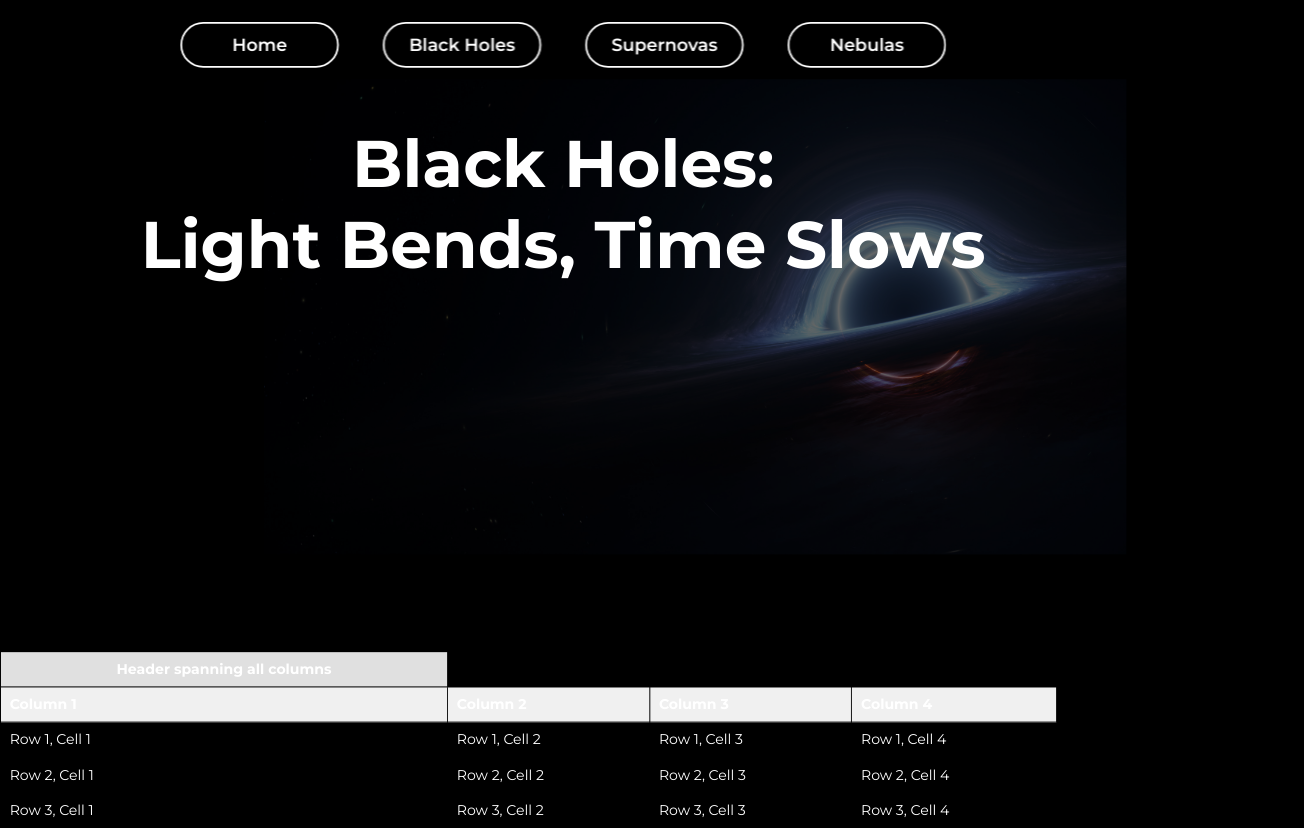
Repository: english-only/Space-Website
Page: black_hole.html
An editor plug-in stored every save of this project. The page is shown before and after a run of saves, followed by the edit.
The browser window is 1280 px wide. The page is 1280 px wide, then 1482 px, so the pictures cover 1482 px, including what lies to the right of the window. The pictures show the whole page, at 88% of full size.
Backgrounds fixed to the window are drawn as part of the page.

Above is the page before, as saved 2024-12-16 09:51:23.

### black_hole.html
<!DOCTYPE html>
<html lang="en">
  <head>
    <meta charset="utf-8" />
    <meta http-equiv="X-UA-Compatible" content="IE=edge" />
    <title>Welcome to Space</title>
    <meta name="viewport" content="width=device-width, initial-scale=1" />
    <link rel="stylesheet" type="text/css" media="screen" href="main.css" />
  </head>
  <body>
    <div class="background-2 fade-in"></div>
    <div class="wrapper fade-in">
      <nav class="navbar fade-in">
        <a href="index.html"
          ><button class="nav-button fade-in">Home</button></a
        >
        <a href="black_hole.html"
          ><button class="nav-button fade-in">Black Holes</button></a
        >
        <a href="supernovas.html"
          ><button class="nav-button fade-in">Supernovas</button></a
        >
        <a href="nebulas.html"
          ><button class="nav-button fade-in">Nebulas</button></a
        >
      </nav>
      <div class="page-2-hero fade-in">
        <h2>Black Holes:<br />Light Bends, Time Slows</h2>
      </div>
    </div>
    <div class="table">
      <div class="row">
        <div class="span-all">Header spanning all columns</div>
      </div>
      <div class="row">
        <div class="cell header">Column 1</div>
        <div class="cell header">Column 2</div>
        <div class="cell header">Column 3</div>
        <div class="cell header">Column 4</div>
      </div>
      <div class="row">
        <div class="cell">Row 1, Cell 1</div>
        <div class="cell">Row 1, Cell 2</div>
        <div class="cell">Row 1, Cell 3</div>
        <div class="cell">Row 1, Cell 4</div>
      </div>
      <div class="row">
        <div class="cell">Row 2, Cell 1</div>
        <div class="cell">Row 2, Cell 2</div>
        <div class="cell">Row 2, Cell 3</div>
        <div class="cell">Row 2, Cell 4</div>
      </div>
      <div class="row">
        <div class="cell">Row 3, Cell 1</div>
        <div class="cell">Row 3, Cell 2</div>
        <div class="cell">Row 3, Cell 3</div>
        <div class="cell">Row 3, Cell 4</div>
      </div>
    </div>
  </body>
</html>

### main.css
@import url('https://fonts.googleapis.com/css2?family=Montserrat:ital,wght@0,100..900;1,100..900&display=swap');
@keyframes fadeIn {
  from {
    opacity: 0;
  }
  to {
    opacity: 1;
  }
}

/* Fade-in class to be used on elements */
.fade-in {
  opacity: 0; /* Start invisible */
  animation: fadeIn 1s ease-in forwards; /* Apply fade-in animation */
}
body,
html {
  /* Ensure the body and html take full height */
  height: 100%;
  margin: 0;
  font-family: 'Montserrat';
  font-weight: 400;
  color: white;
}

body {
  /* Set a fallback background color */
  background-color: black;
}

.background {
  background-attachment: fixed;
  background-image: url('essay-gettyimages-1237093074.webp');
  background-size: cover;
  background-position: center;
  background-repeat: no-repeat;
  position: fixed; /* Keep background fixed while scrolling */
  height: 100vh;
  width: 100%;
  filter: brightness(25%);
  top: 0;
  left: 0;
  z-index: -10;
}

.wrapper {
  display: flex;
  flex-direction: column;
  justify-content: flex-start; /* Align items to the top */
  align-items: center; /* Center items horizontally */
  height: 100vh;
  position: relative;
  padding-top: 20px;
  opacity: 0; /* Start invisible */
  animation: fadeIn 0.5s ease-in forwards; /* Apply fade-in animation */
}

.navbar {
  display: flex;
  gap: 50px;
  margin-top: 5px; /* Adjust as needed for spacing from the top */
}

.nav-button {
  padding: 12px 20px;
  border: 2px solid white;
  background-color: rgba(0, 0, 0, 0.5);
  color: white;
  font-size: 16px;
  cursor: pointer;
  transition: background-color 0.3s, color 0.3s;
  font-family: 'Red Hat Display';
  font-weight: 600;
  font-size: 20px;
  width: 180px;
  border-radius: 800px;
  font-family: Montserrat;
}

.nav-button:hover {
  background-color: white;
  color: black;
}

.hero-text {
  color: white;
  font-size: 50px;
  font-weight: 700;
  text-align: center;
  padding: 0; /* Remove padding to minimize hover area */
  display: inline-block; /* Restrict hover area to text content */
  transition: text-shadow 0.3s ease-in-out, transform 0.3s ease-in-out; /* Smooth transition */
}

.hero-text:hover {
  text-shadow: 3px 4px 3px rgba(255, 255, 255, 0.7); /* White shadow */
  transform: translateY(-10px); /* Raised effect */
}

@keyframes fadeInOut {
  0% {
    opacity: 0.5;
  }
  50% {
    opacity: 1;
  }
  100% {
    opacity: 0.5;
  }
}

.card-wrapper {
  display: flex;
  flex-direction: column; /* Stack cards vertically */
  align-items: center; /* Center cards horizontally */
  margin-top: 50px; /* Adjusts space from the top */
}

.row {
  display: flex;
  gap: 650px; /* Space between the cards */
  justify-content: center; /* Center the row */
  align-items: flex-start; /* Align cards to the top */
}

.black_hole {
  margin-left: -100px; /* Move the Black Holes card to the left */
  width: 500px;
}

.black_hole a {
  margin-left: 110px;
}

.cards {
  font-size: 25px;
  color: white;
  margin-left: 20px; /* Adds space to the left */
  box-sizing: border-box;
  position: relative;
  top: -450px; /* Moves the element upwards */
  margin-left: -20px;
  text-align: center;
}

.cards a {
  color: white;
  text-decoration: none;
  border: white 2px solid;
  display: inline-block;
  text-align: center;
  box-sizing: border-box;
  padding: 6px 20px;
  line-height: normal;
  transition: text-shadow 0.3s ease-in-out, transform 0.3s ease-in-out,
    background-color 0.3s ease-in-out, color 0.3s ease-in-out;
  border-radius: 600px;
}

.cards a:hover {
  text-shadow: 2px 2px 5px rgba(255, 255, 255, 0.7);
  transform: translateY(-5px);
  background-color: rgb(223, 223, 223);
  color: black;
}

.cards a h3 {
  margin: 0;
  padding: 0;
}

.cards p {
  margin-top: 15px;
  width: 600px; /* Adjust width to fit within card */
}

.cards p:hover {
  text-shadow: 2px 2px 5px rgba(255, 255, 255, 0.6);
  transform: translateY(-5px);
  transition: text-shadow 0.3s ease-in-out, transform 0.3s ease-in-out;
}

.nebula-card {
  margin-top: 100px;
}

.nebula-card a {
  justify-content: center;
  align-items: center;
  margin-left: 40px;
}

.nebula-card p {
  text-align: left;
  text-wrap: pretty;
  text-align: left; /* Align text to the left */
  width: 100%; /* Ensure the card takes the full width */
  margin-left: 100px;
  margin-right: 200px;
  max-width: 1750px;
  text-align: center; /* Align text to the center */
}

.videos {
  margin-top: -190px; /* Adjust the space below the Nebula card */
  text-align: center;
  width: 100%; /* Ensure it takes the full width */
  text-decoration: underline;
}

.videos h2 {
  position: relative; /* Ensure the text is positioned in normal flow */
  z-index: 1; /* Make sure it's above other content */
  pointer-events: auto; /* Allow text selection */
  overflow: visible; /* Ensure text is not clipped */
}

.video-links {
  display: grid;
  grid-template-columns: repeat(3, 400px); /* 3 columns, each 400px wide */
  grid-template-rows: repeat(2, 400px); /* 3 rows, each 400px tall */
  gap: 100px; /* Space between grid items */
  justify-content: center; /* Center the grid horizontally within the container */
  align-items: center; /* Center the grid items vertically */
  margin-top: -120px; /* Space above the grid (adjust this to decrease the gap) */
  margin-left: 160px;
}

.button-container {
  display: contents; /* Ensure buttons are placed directly in the grid */
}

.button-container a {
  display: block; /* Ensure buttons occupy full width of their grid cell */
  width: 200px; /* Full width of the grid cell */
  text-align: center;
  color: white;
  font-size: 20px;
  text-decoration: none; /* Remove underline */
  border: 2px solid white;
  padding: 8px 12px;
  border-radius: 600px;
  height: 30px;
  transition: background-color 0.3s, color 0.3s;
  margin-bottom: 10px; /* Decrease the space between the buttons and the text below */
}

.button-container a:hover {
  background-color: white;
  color: black;
  text-decoration: underline;
  font-weight: 500;
}

.images {
  display: contents; /* Ensure images are placed directly in the grid */
}

.black-hole-image,
.supernova-image,
.nebula-image {
  width: 100%; /* Full width of the grid cell */
  border: 2px solid white;
  border-radius: 20px;
  margin-top: -630px; /* Decrease the space between the images and the buttons above */
  margin-left: -10px;
}

.black-hole-image {
  width: 100%; /* Full width of the grid cell */
  border: 2px solid white;
  border-radius: 20px;
  margin-top: -630px; /* Decrease the space between the images and the buttons above */
  margin-left: -95px;
}

.supernova-image {
  width: 100%; /* Full width of the grid cell */
  border: 2px solid white;
  border-radius: 20px;
  margin-top: -630px; /* Decrease the space between the images and the buttons above */
  margin-left: -95px;
}

.nebula-image {
  height: 270px;
  width: auto;
  border: 2px solid white;
  border-radius: 20px;
  margin-top: -630px; /* Decrease the space between the images and the buttons above */
  margin-left: -125px;
}

/* page 2 from below */
.background-2 {
  background-attachment: fixed;
  background-image: url('thumb-1920-1346075.png');
  background-size: contain;
  background-position: 300px;
  background-repeat: no-repeat;
  position: fixed; /* Keep background fixed while scrolling */
  height: 100vh;
  width: 100%;
  filter: brightness(40%);
  z-index: -1; /* Place the background behind other content */
}

.page-2-hero {
  color: white;
  font-size: 50px;
  font-weight: 700;
  text-align: center;
  padding: 0; /* Remove padding to minimize hover area */
  display: inline-block; /* Restrict hover area to text content */
  transition: text-shadow 0.3s ease-in-out, transform 0.3s ease-in-out; /* Smooth transition */
}

.page-2-hero:hover {
  text-shadow: 3px 4px 3px rgba(255, 255, 255, 0.7); /* White shadow */
  transform: translateY(-10px); /* Raised effect */
}
/* table */
.table {
  display: table;
  width: 1200px;
  border-collapse: collapse;
  position: absolute;
}

.row {
  display: table-row;
}

.cell {
  display: table-cell;
  border: 1px solid #000;
  padding: 10px;
}

.header {
  font-weight: bold;
  background-color: #f0f0f0;
}

.span-all {
  display: table-cell;
  border: 1px solid #000;
  padding: 10px;
  text-align: center;
  font-weight: bold;
  background-color: #e0e0e0;
  column-span: all;
}

@keyframes fadeIn {
  from {
    opacity: 0;
  }
  to {
    opacity: 1;
  }
}

After the next 2 saves:
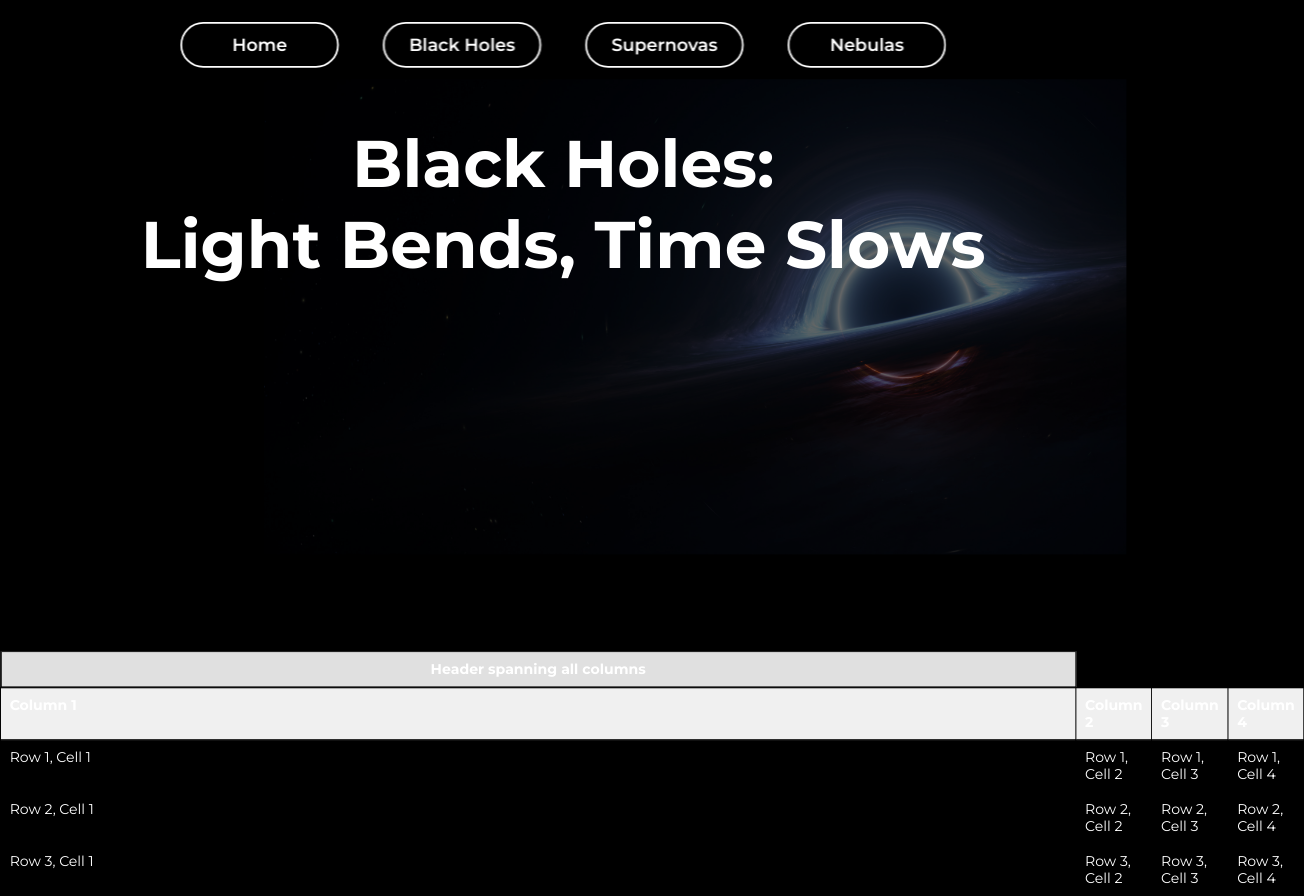
The 2 saves are shown as one change because they came seconds apart.
The last was saved 17 s later.
--- a/main.css
+++ b/main.css
@@ -343,7 +343,7 @@ body {
 }
 
 .span-all {
-  display: table-cell;
+  width: 1200px;
   border: 1px solid #000;
   padding: 10px;
   text-align: center;
